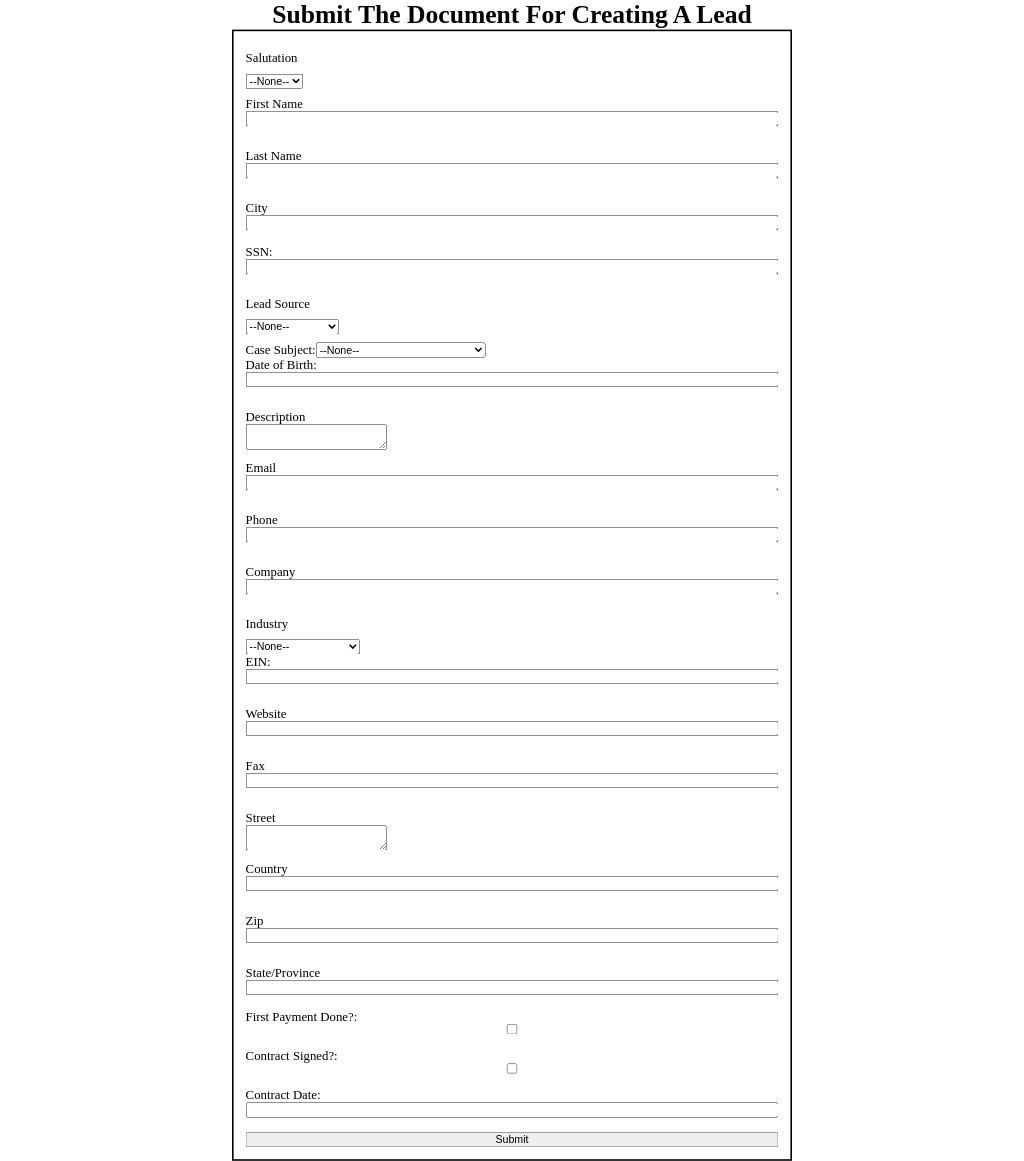
Repository: yaseminvural99/changeForce
Page: index.html
These files come from the project's save history. The page is drawn as it stood at one moment and after the next save; the edit follows.
The browser window is 1280 px wide. The pictures show the whole page, at 80% of full size.

Above is the page before, as saved 2024-04-26 21:58:52.

After the next save:
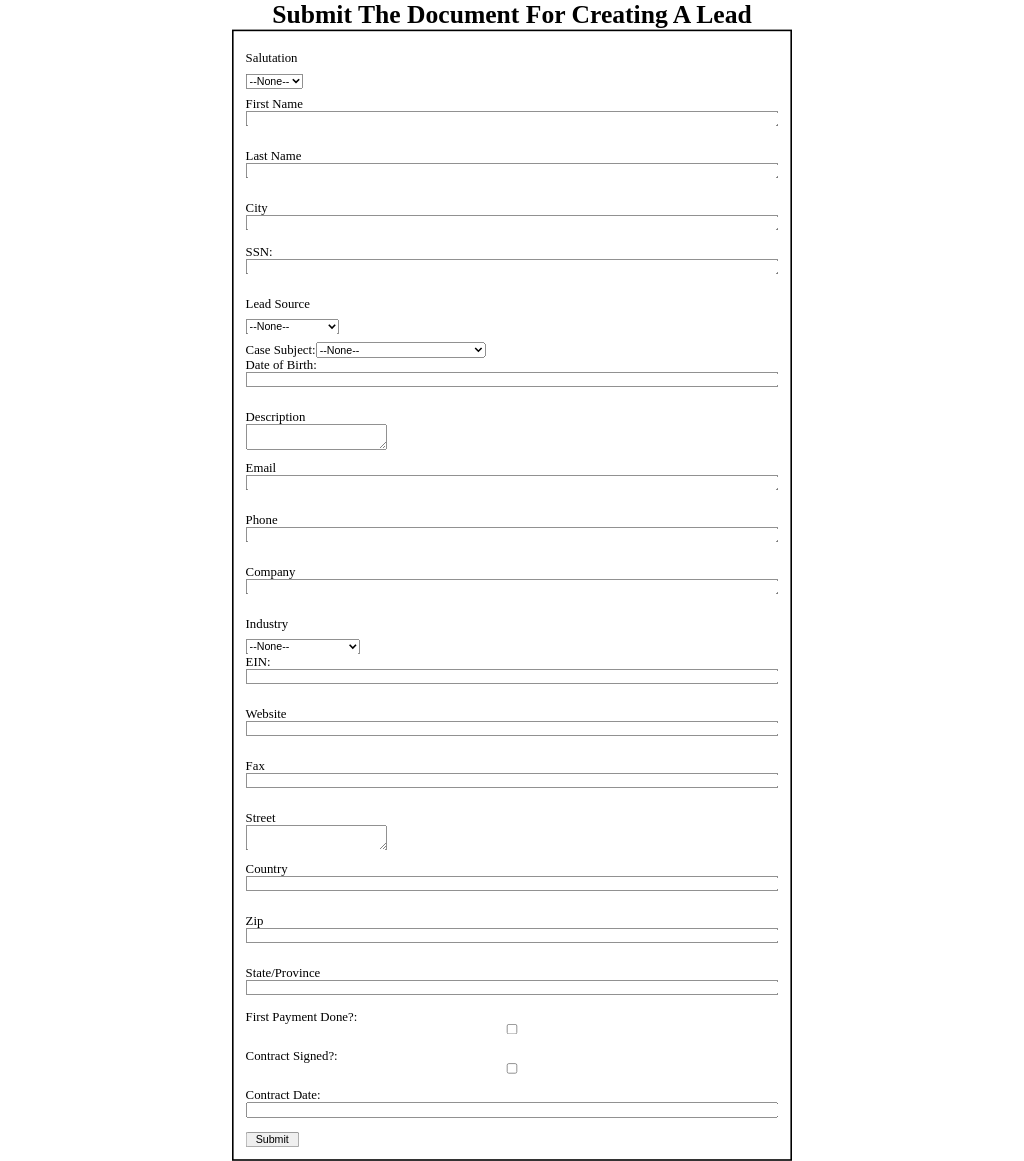
Saved 6 s later.
--- a/style.css
+++ b/style.css
@@ -34,7 +34,7 @@ option{
 }
 input[type="submit"]{
     margin-top: 10px auto;
-    width: 100%;
+    width: 10%;
 
 
 }
